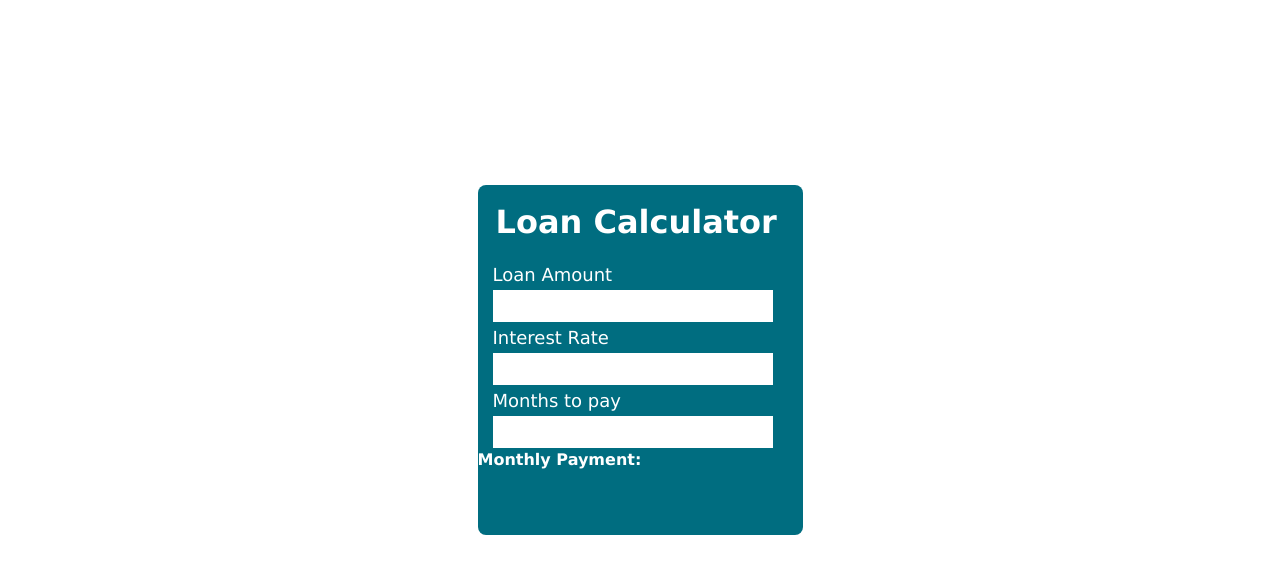
Repository: Ankitkr2021/Loan-Calculator
Page: index.html
An editor plug-in stored every save of this project. The page is shown before and after the next save, followed by the edit.
The browser window is 1280 px wide. The pictures show the whole page.

Above is the page before, as saved 2025-10-28 08:57:00.

### index.html
<!DOCTYPE html>
<html lang="en">
<head>
    <meta charset="UTF-8">
    <meta name="viewport" content="width=device-width, initial-scale=1.0">
    <title>Loan Calculator</title>
    <link rel="stylesheet" href="./style.css">
</head>
<body>
    <div class="box">
        <h1>Loan Calculator</h1>
        <span>Loan Amount</span>
        <input type="number">
        <span>Interest Rate</span>
        <input type="number">
        <span>Months to pay</span>
        <input type="number">
        <h4>Monthly Payment:<span></span></h4>
    </div>
</body>
</html>

### style.css
*{
    margin: 0;
    padding: 0;
    box-sizing: border-box;
    font-family:'Lucida Sans', 'Lucida Sans Regular', 'Lucida Grande', 'Lucida Sans Unicode', Geneva, Verdana, sans-serif;
}

body{
    display: flex;
    align-items: center;
    justify-content: center;
    height: 100vh;
    width: 100%;
}

.box{
    display: flex;
    flex-direction: column;
    background: rgb(0, 109, 128);
    color: #fff;
    height: 350px;
    width: 325px;
    border-radius: 8px;
}

h1{
    padding: 18px;
}

span {
   font-size: 18px;
   margin-left: 15px;
    margin-bottom: 5px;
    margin-top: 5px;
}

input{
    width: 280px;
    height: 25px;
    margin-left: 15px;
    padding: 16px;
    border: none;
    outline: none;
    font-size: 16px;
    font-weight: 400;
}

h3{
     font-size: 18px;
   margin-left: 15px;
    margin-bottom: 5px;
    margin-top: 5px;
}

After the next save:
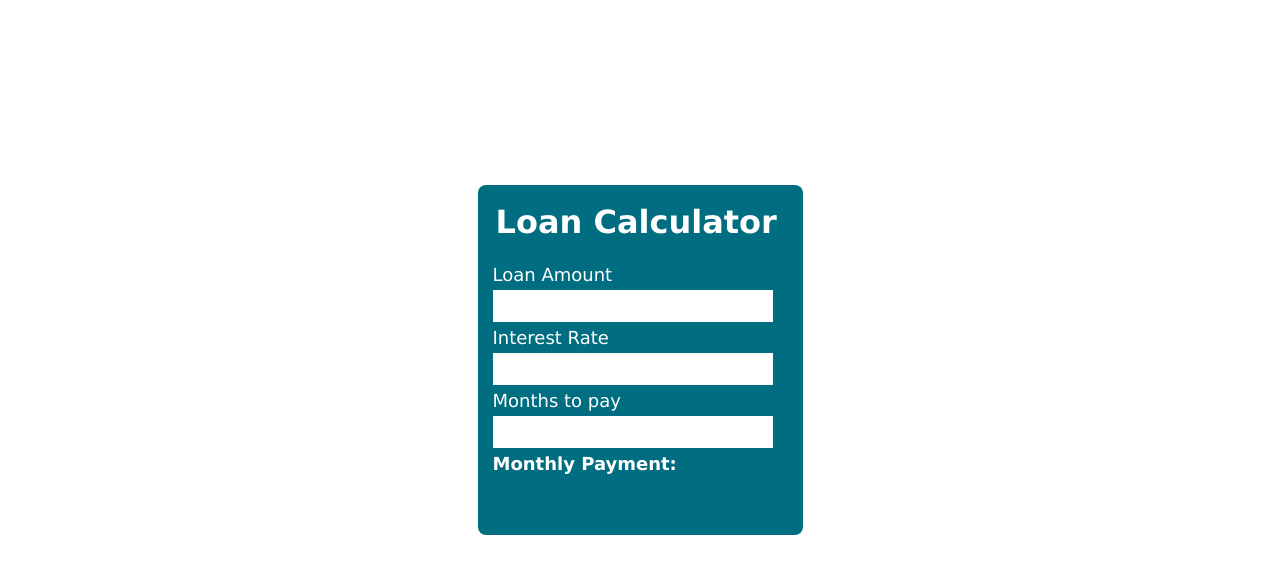
Saved 6 s later.
--- a/style.css
+++ b/style.css
@@ -45,8 +45,8 @@ input{
     font-weight: 400;
 }
 
-h3{
-     font-size: 18px;
+h4{
+    font-size: 18px;
    margin-left: 15px;
     margin-bottom: 5px;
     margin-top: 5px;
